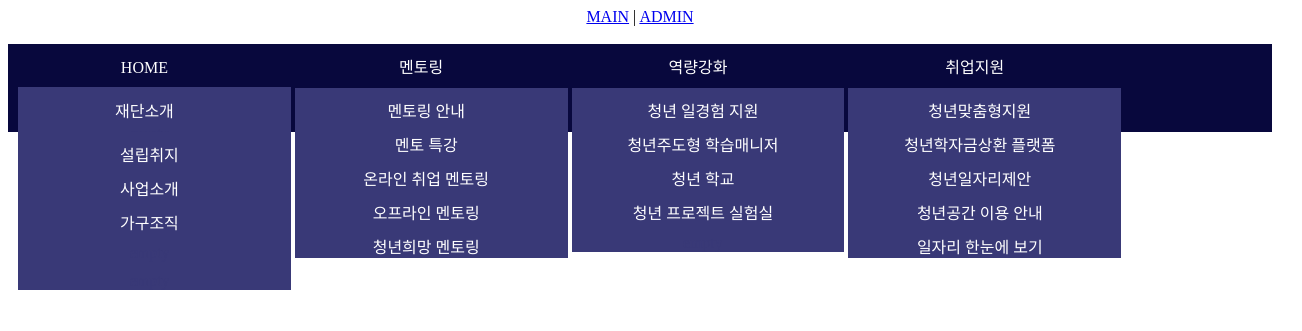
Repository: nywogud/promoPoli
Page: http://localhost/poli/WEB-INF/views/home.jsp
An editor plug-in stored every save of this project. The page is shown before and after the next save, followed by the edit.
The browser window is 1280 px wide. The page is 1280 px wide, then 1302 px, so the pictures cover 1302 px, including what lies to the right of the window. The pictures show the whole page.
The page is served by Tomcat 9. Nobody is signed in. Other server files are loaded and not shown. The template is opened directly, without the code that normally fills it, so the values that code supplies are empty.

Above is the page before, as saved 2021-06-30 07:45:45.

### workspace/poli/src/main/webapp/WEB-INF/views/home.jsp
<%@ page language="java" contentType="text/html; charset=UTF-8"
	pageEncoding="UTF-8"%>
<%@ taglib uri="http://java.sun.com/jsp/jstl/core" prefix="c"%>
<%@ page session="false"%>
<html>
<head>
<title>main</title>
<style>
ul, ol, li {
	list-style: none;
	margin: 0;
	padding: 0;
}

ul.main {
	color: white;
	background: rgb(8, 8, 61);
	width:100%;
}


ul.main>li {
	display: inline-block;
	padding: 10px 10px;
	text-align: center;
	position: relative;
	width:20%;
}

ul.main>li ul.sub {

	position: absolute;
	background: rgb(57, 57, 119);
	text-align: center;
	margin-top: 10px;
	width: 100%;

}

/*ul.main > li ul.sub{display: none;}
ul.main:hover ul.sub{ display:block;}*/

ul.main>li ul.sub>li {
	display: inline-block;


	padding: 10px 10px 0px 0px;
	text-align: center;
	position: relative;
	width: 240px;
}
</style>
</head>
<body>
	<div style="text-align: center;">
		<label><a href="/">MAIN</a></label> <label>|</label> <label><a
			href="#">ADMIN</a></label>
	</div>
	<br>
	<div id="navHovBar">
		<ul class="main">
			<li class="main1">HOME
				<ul class="main1Sub sub">
					<li style="color:rgb(57, 57, 119)">empty</li>
					<li style="color:rgb(57, 57, 119)">empty</li>
					<li style="color:rgb(57, 57, 119)">empty</li>
					<li style="color:rgb(57, 57, 119)">empty</li>
					<li style="color:rgb(57, 57, 119)">empty</li>
				</ul>
			</li>
			<li class="main2">멘토링
				<ul class="main2Sub sub">
					<li><a>멘토링 안내</a></li>
					<li><a>멘토 특강</a></li>
					<li><a>온라인 취업 멘토링</a></li>
					<li><a>오프라인 멘토링</a></li>
					<li><a>청년희망 멘토링</a></li>
				</ul>
			</li>
			<li class="main3">역량강화
				<ul class="main3Sub sub">
					<li><a>청년 일경험 지원</a></li>
					<li><a>청년주도형 학습매니저</a></li>
					<li><a>청년 학교</a></li>
					<li><a>청년 프로젝트 실험실</a></li>
					<li style="color:rgb(57, 57, 119)">empty</li>
				</ul>
			</li>
			<li class="main4">취업지원
				<ul class="main4Sub sub">
					<li><a>청년맞춤형지원</a></li>
					<li><a>청년학자금상환 플랫폼</a></li>
					<li><a>청년일자리제안</a></li>
					<li><a>청년공간 이용 안내</a></li>
					<li><a>일자리 한눈에 보기</a></li>
				</ul>
			</li>
			<li class="main5">재단소개
				<ul class="main5Sub sub">
					<li><a>설립취지</a></li>
					<li><a>사업소개</a></li>
					<li><a>가구조직</a></li>
					<li style="color:rgb(57, 57, 119)">empty</li>
					<li style="color:rgb(57, 57, 119)">empty</li>
				</ul>
			</li>
		</ul>
	</div>
</body>
</html>

After the next save:
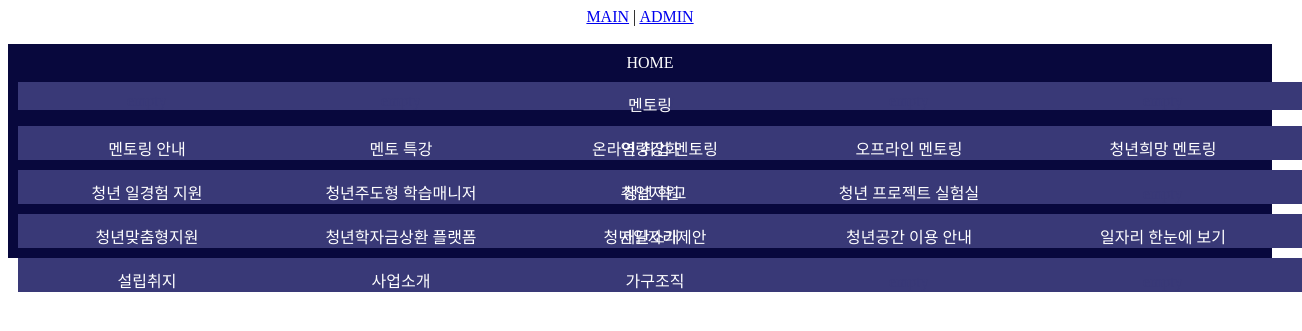
Saved 34 s later.
--- a/workspace/poli/src/main/webapp/WEB-INF/views/home.jsp
+++ b/workspace/poli/src/main/webapp/WEB-INF/views/home.jsp
@@ -24,7 +24,7 @@ ul.main>li {
 	padding: 10px 10px;
 	text-align: center;
 	position: relative;
-	width:20%;
+	width:100%;
 }
 
 ul.main>li ul.sub {
